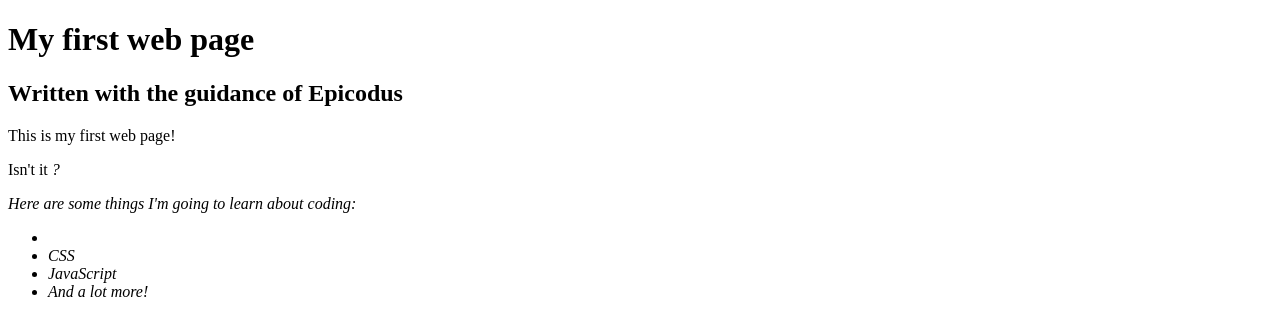
Repository: fieldceleste/my-first-webpage
Page: my-first-webpage.html
These files come from the project's save history. The page is drawn as it stood at one moment and after the next save; the edit follows.
The browser window is 1280 px wide. The pictures show the whole page.

Above is the page before, as saved 2019-10-23 18:56:55.

After the next save:
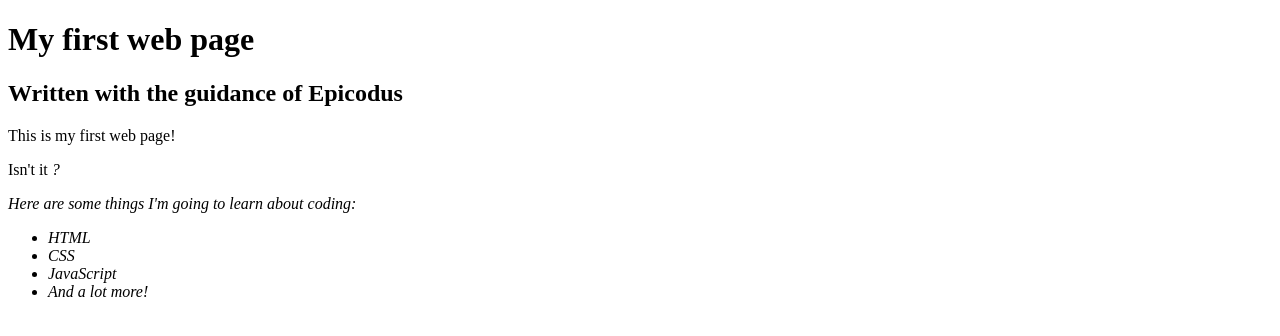
Saved 22 s later.
--- a/my-first-webpage.html
+++ b/my-first-webpage.html
@@ -12,7 +12,7 @@
 
       <p>Here are some things I'm going to learn about coding:</p>
       <ul>
-        <li><HTML</li>
+        <li>HTML</li>
         <li>CSS</li>
         <li>JavaScript</li>
         <li>And a lot more!</li>
